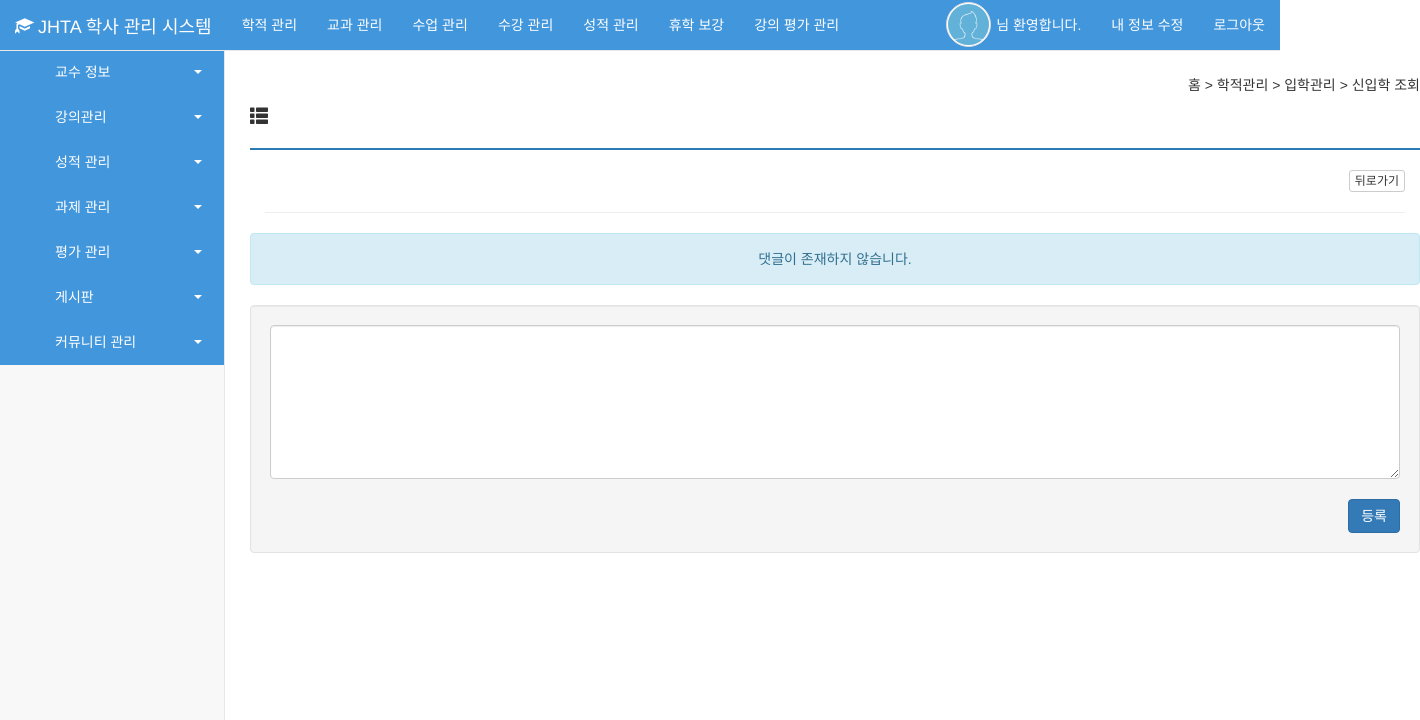
Repository: 92Hjun/spring
Page: http://localhost/spring-final/WEB-INF/views/profboard/profqnaboarddetail.jsp
An editor plug-in stored every save of this project. The page is shown before and after the next save, followed by the edit.
The browser window is 1280 px wide. The page is 1420 px wide, so the pictures cover 1420 px, including what lies to the right of the window. The pictures show the whole page.
Some web libraries are served in a nearby version. The page is served by Tomcat 9. Nobody is signed in. Other server files are loaded and not shown. The template is opened directly, without the code that normally fills it, so the values that code supplies are empty.

Above is the page before, as saved 2017-04-28 03:24:42.

### spring-final/src/main/webapp/WEB-INF/views/profboard/profqnaboarddetail.jsp
<%@ page language="java" contentType="text/html; charset=UTF-8"
    pageEncoding="UTF-8"%>
<%@taglib prefix="c" uri="http://java.sun.com/jsp/jstl/core" %>
<%@taglib prefix="fmt" uri="http://java.sun.com/jsp/jstl/fmt" %>
<!DOCTYPE html>
<html lang="ko">
<head>
<meta charset="UTF-8">
<meta name="viewport" content="width=device-width, initial-scale=1">
<link rel="stylesheet" href="https://maxcdn.bootstrapcdn.com/bootstrap/3.3.7/css/bootstrap.min.css">
<script src="https://ajax.googleapis.com/ajax/libs/jquery/3.1.1/jquery.min.js"></script>
<script src="https://maxcdn.bootstrapcdn.com/bootstrap/3.3.7/js/bootstrap.min.js"></script>
<title></title>
</head>
<body>
<%@ include file="/WEB-INF/views/navi/adminnavi.jsp" %>
<%@ include file="/WEB-INF/views/navi/sidebarprof.jsp" %>
	<div class="container" style="margin-left: 250px; padding-top:25px;">
		<div class="row text-right">
			홈 > 학적관리 > 입학관리 > 신입학 조회
		</div>
		<div class="row">
			<h4><span class="glyphicon glyphicon-th-list"></span>${board.title }</h4>
			<hr style="border:solid 0.5px #2C7BB5;">
		</div>
		<div class="container">
			<div class="text-center">
				<div>
					${board.contentsForHTML }
				</div>
				<c:if test="${!empty board.fileName }">
					<hr>
					<div>
						<img src="../resources/images/board/${board.fileName }">
					</div>
				</c:if>
			</div>
		</div>
		<div class="text-right">
			<a href="profqnaboard" class="btn btn-default btn-xs">뒤로가기</a>
		</div>
		<hr>
		<div class="row">
				<c:if test="${empty reviewList }">
					<div class="text-center">
						<div class="alert alert-info">댓글이 존재하지 않습니다.</div>
					</div>
				</c:if>
				<c:if test="${!empty reviewList }">
					<c:if test="${empty param.err eq 'invalid' }">
						<div class="text-center">
							<h3 class="text-danger">본인이 작성한 댓글만 삭제할수 있습니다.</h3>
						</div>
					</c:if>
					<c:forEach var="review" items="${reviewList }">
						<div class="well">
							<div class="">
								<strong>${review.writer }</strong>
								<span class="pull-right"><fmt:formatDate value="${review.regdate }"/></span>
							</div>
							<hr>
							<p>${review.contentsForBr }</p>
							<div class="text-right">
								<a href="deleteprofqnaboardreview?rno=${review.no }" class="btn btn-danger btn-xs">삭제</a>
							</div>
						</div>
						<hr>
					</c:forEach>
				</c:if>
			</div>
			<div class="row well">
				<form action="profqnaaddreview?bno=${board.no }" method="post">
					<textarea name="reviewContents" rows="7" class="form-control"></textarea>
					<div class="text-right" style="margin-top: 20px;">
						<button type="submit" class="btn btn-primary">등록</button>
					</div>
				</form>
				<c:if test="${!empty param.err eq 'deny' }">

				</c:if>
			</div>
	</div>
<%@ include file="/WEB-INF/views/footer/footer.jsp" %>
</body>
</html>

### spring-final/src/main/webapp/WEB-INF/views/navi/adminnavi.jsp
<%@ page language="java" contentType="text/html; charset=UTF-8" pageEncoding="UTF-8"%>


 <style type="text/css">

@import url('//maxcdn.bootstrapcdn.com/font-awesome/4.4.0/css/font-awesome.min.css');

.navbar-default .navbar-nav #user-profile {
    height: 50px;
    padding-top: 15px;
    padding-left: 58px;
}

.navbar-default .navbar-nav #user-profile img {
    height: 45px;
    width: 45px;
    position: absolute;
    top: 2px;
    left: 8px;
    padding: 1px;
}

#wrapper {
    padding-top: 50px;
    padding-left: 0;
    -webkit-transition: all .5s ease;
    -moz-transition: all .5s ease;
    -o-transition: all .5s ease;
    transition: all .5s ease;
}

@media (min-width: 992px) {
    #wrapper {
        padding-left: 225px;
    }
}

@media (min-width: 992px) {
    #wrapper #sidebar-wrapper {
        width: 225px;
    }
}

#sidebar-wrapper {
    border-right: 1px solid #e7e7e7;
}

#sidebar-wrapper {
    z-index: 1000;
    position: fixed;
    left: 225px;
    width: 0;
    height: 100%;
    margin-left: -225px;
    overflow-y: auto;
    background: #f8f8f8;
    -webkit-transition: all .5s ease;
    -moz-transition: all .5s ease;
    -o-transition: all .5s ease;
    transition: all .5s ease;
}

#sidebar-wrapper .sidebar-nav {
    position: absolute;
    top: 0;
    width: 225px;
    font-size: 14px;
    margin: 0;
    padding: 0;
    list-style: none;
}

#sidebar-wrapper .sidebar-nav li {
    text-indent: 0;
    line-height: 45px;
}

#sidebar-wrapper .sidebar-nav li a {
    display: block;
    text-decoration: none;
    color: #fff;
}

#sidebar-wrapper .sidebar-nav li a .sidebar-icon {
    width: 45px;
    height: 45px;
    font-size: 14px;
    padding: 0 2px;
    display: inline-block;
    text-indent: 7px;
    margin-right: 10px;
    color: #000;
    float: left;
}

#sidebar-wrapper .sidebar-nav li a .caret {
  position: absolute;
  right: 23px;
  top: auto;
  margin-top: 20px;
}

#sidebar-wrapper .sidebar-nav li ul.panel-collapse {
    list-style: none;
    -moz-padding-start: 0;
    -webkit-padding-start: 0;
    -khtml-padding-start: 0;
    -o-padding-start: 0;
    padding-start: 0;
    padding: 0;
}

#sidebar-wrapper .sidebar-nav li ul.panel-collapse li i {
    margin-right: 10px;
}

#sidebar-wrapper .sidebar-nav li ul.panel-collapse li {
    text-indent: 15px;
}

@media (max-width: 992px) {
    #wrapper #sidebar-wrapper {
        width: 45px;
    }
    #wrapper #sidebar-wrapper #sidebar #sidemenu li ul {
        position: fixed;
        left: 45px;
        margin-top: -45px;
        z-index: 1000;
        width: 200px;
        height: 0;
    }
}

.sidebar-nav li a {
    color: #fff !important;
}
.sidebar-nav li ul li a {
	background-color: #fff !important;
	color: #0077e5 !important;
}
</style>
    <div id="navbar-wrapper">
        <header>
            <nav class="navbar navbar-default navbar-fixed-top" role="navigation" style="background-color: #4296dc;">
                <div class="container-fluid">
                    <div class="navbar-header">
                        <button type="button" class="navbar-toggle" data-toggle="collapse" data-target="#navbar-collapse">
                            <span class="sr-only">Toggle navigation</span>
                            <span class="icon-bar"></span>
                            <span class="icon-bar"></span>
                            <span class="icon-bar"></span>
                        </button>
                        <a class="navbar-brand" href="/jhta/admin/home" style="color: white;"><span class="glyphicon glyphicon-education"></span> JHTA 학사 관리 시스템</a>
                            <ul class="nav navbar-nav">
						      <li><a href="searchstud" style="color: white;">학적 관리</a></li>
						      <li><a href="semester" style="color: white;">교과 관리</a></li>
						      <li><a href="adminregstudent" style="color: white;">수업 관리</a></li>
						      <li><a href="adminregsubject" style="color: white;">수강 관리</a></li>
						      <li><a href="scorelist.do" style="color: white;">성적 관리</a></li>
						      <li><a href="supplementmakeuplesson.do" style="color: white;">휴학 보강</a></li>
						      <li><a href="scorelist.do" style="color: white;">강의 평가 관리</a></li>
    						</ul>
                    </div>

                    <div id="navbar-collapse" class="collapse navbar-collapse">
                        <ul class="nav navbar-nav navbar-right">
                        	<li><a id="user-profile" href="#"style="color: white;"><img src="/jhta/resources/images/student/PeoPleDefault.png" class="img-responsive img-thumbnail img-circle"> ${LOGIN_USER.name }님 환영합니다.</a></li>
                            <li><a href="#" style="color: white;">내 정보 수정</a></li>
                            <li><a href="/jhta/logout" style="color: white;">로그아웃</a></li>
                        </ul>
                    </div>
                </div>
            </nav>
        </header>
    </div>

### spring-final/src/main/webapp/WEB-INF/views/navi/sidebarprof.jsp
<%@ page language="java" contentType="text/html; charset=UTF-8"
    pageEncoding="UTF-8"%>

	<div id="wrapper">
        <div id="sidebar-wrapper">
            <aside id="sidebar">
                <ul id="sidemenu" class="sidebar-nav" style="background-color: #4296dc;">
                    <li>
                        <a class="accordion-toggle collapsed toggle-switch" data-toggle="collapse" data-target="#submenu-2">
                            <span class="sidebar-icon"></span><span class="sidebar-title">교수 정보</span>
                            <b class="caret"></b>
                        </a>
                        <ul id="submenu-2" class="panel-collapse collapse panel-switch" role="menu">
                            <li><a href="/jhta/prof/profinfo"><i class="fa fa-caret-right"></i>정보 조회</a></li>
                            <li><a href="/jhta/prof/profPwdCheck"><i class="fa fa-caret-right"></i>비밀번호 수정</a></li>
                        </ul>
                    </li>
                    <li>
                        <a class="accordion-toggle collapsed toggle-switch" data-toggle="collapse" href="#submenu-3">
                            <span class="sidebar-icon"></span><span class="sidebar-title">강의관리</span>
                            <b class="caret"></b>
                        </a>
                        <ul id="submenu-3" class="panel-collapse collapse panel-switch" role="menu">
                            <li><a href="/jhta/prof/subinfo"><i class="fa fa-caret-right"></i>강의 조회</a></li>
                            <li><a href="/jhta/prof/addenrollform"><i class="fa fa-caret-right"></i>강의 등록</a></li>
                            <li><a href="/jhta/prof/syllinfo"><i class="fa fa-caret-right"></i>강의계획서 조회</a></li>
                            <li><a href="/jhta/prof/syllform"><i class="fa fa-caret-right"></i>강의계획서 등록</a></li>
                            <li><a href="/jhta/prof/proftime"><i class="fa fa-caret-right"></i>시간표</a></li>
                        </ul>
                    </li>
                    <li>
                        <a class="accordion-toggle collapsed toggle-switch" data-toggle="collapse" href="#submenu-4">
                            <span class="sidebar-icon"></span><span class="sidebar-title">성적 관리</span>
                            <b class="caret"></b>
                        </a>
                        <ul id="submenu-4" class="panel-collapse collapse panel-switch" role="menu">
                            <li><a href="/jhta/prof/profscorelist"><i class="fa fa-caret-right"></i>성적 입력 / 정정</a></li>
                        </ul>
                    </li>
                    <li>
                        <a class="accordion-toggle collapsed toggle-switch" data-toggle="collapse" href="#submenu-5">
                            <span class="sidebar-icon"></span><span class="sidebar-title">과제 관리</span>
                            <b class="caret"></b>
                        </a>
                        <ul id="submenu-5" class="panel-collapse collapse panel-switch" role="menu">
                            <li><a href="/jhta/prof/report/reportform"><i class="fa fa-caret-right"></i>과제 등록</a></li>
                            <li><a href="/jhta/prof/report/reportinfo"><i class="fa fa-caret-right"></i>과제 현황 및 평가</a></li>
                        </ul>
                    </li>
                    <li>
                        <a class="accordion-toggle collapsed toggle-switch" data-toggle="collapse" href="#submenu-6">
                            <span class="sidebar-icon"></span><span class="sidebar-title">평가 관리</span>
                            <b class="caret"></b>
                        </a>
                        <ul id="submenu-6" class="panel-collapse collapse panel-switch" role="menu">
                            <li><a href="#"><i class="fa fa-caret-right"></i>강의 평가 등록</a></li>
                            <li><a href="#"><i class="fa fa-caret-right"></i>강의 평가 조회</a></li>
                        </ul>
                    </li>
                    <li>
                        <a class="accordion-toggle collapsed toggle-switch" data-toggle="collapse" href="#submenu-7">
                            <span class="sidebar-icon"></span><span class="sidebar-title">게시판</span>
                            <b class="caret"></b>
                        </a>
                        <ul id="submenu-7" class="panel-collapse collapse panel-switch" role="menu">
                            <li><a href="/jhta/prof/profqnaboard"><i class="fa fa-caret-right"></i>강의 Q/A</a></li>
                            <li><a href="/jhta/prof/profdeptboard"><i class="fa fa-caret-right"></i>학과 게시판</a></li>
                        </ul>
                    </li>
					<li>
					     <a class="accordion-toggle collapsed toggle-switch" data-toggle="collapse" href="#submenu-8">
					         <span class="sidebar-icon"></span><span class="sidebar-title">커뮤니티 관리</span>
					         <b class="caret"></b>
					     </a>
					     <ul id="submenu-8" class="panel-collapse collapse panel-switch" role="menu">
					         <li><a href="prorecmessagebox"><i class="fa fa-caret-right"></i>쪽지 관리</a></li>
					     </ul>
					 </li>
                </ul>
            </aside>
        </div>
    </div>

### spring-final/src/main/webapp/WEB-INF/views/footer/footer.jsp

		</div>
        <!-- /#page-wrapper -->
    </div>
    <!-- /#wrapper -->
</body>
</html>

After the next save:
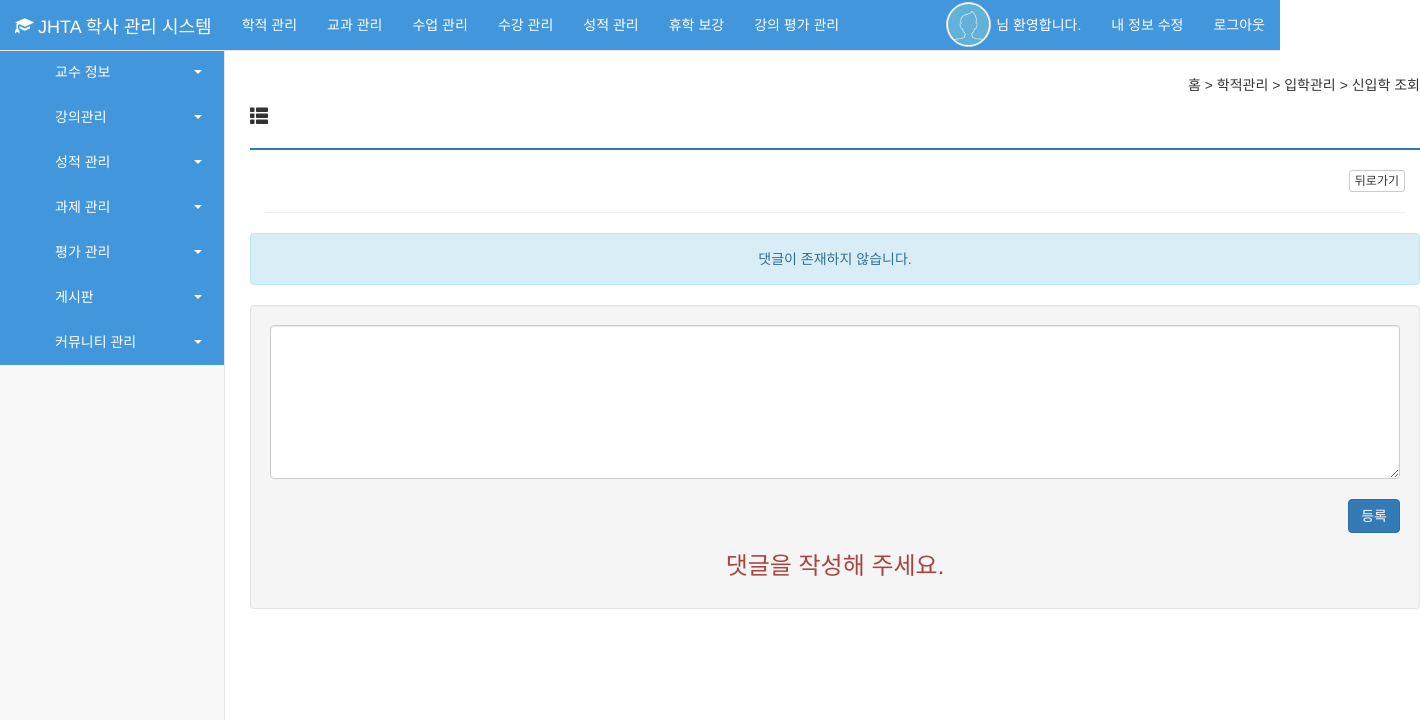
Saved 24 s later.
--- a/spring-final/src/main/webapp/WEB-INF/views/profboard/profqnaboarddetail.jsp
+++ b/spring-final/src/main/webapp/WEB-INF/views/profboard/profqnaboarddetail.jsp
@@ -76,7 +76,9 @@
 					</div>
 				</form>
 				<c:if test="${!empty param.err eq 'deny' }">
-
+					<div class="text-center">
+						<h3 class="text-danger">댓글을 작성해 주세요.</h3>
+					</div>
 				</c:if>
 			</div>
 	</div>
